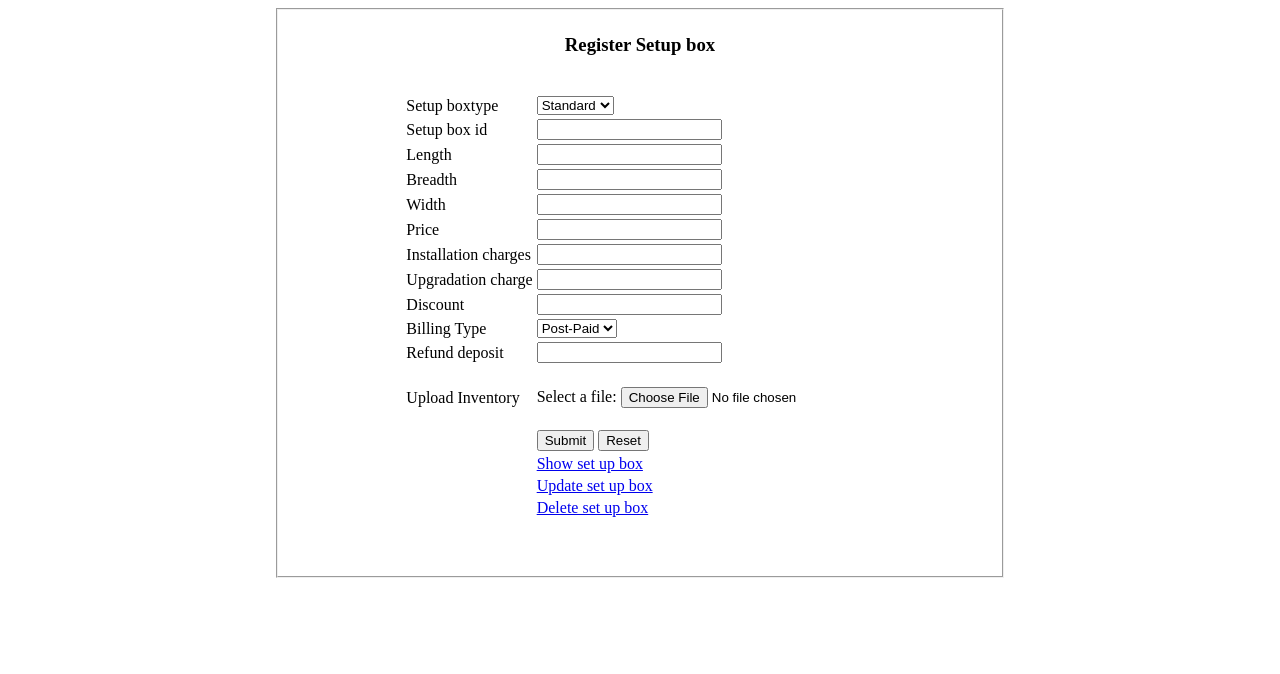
Repository: a18wheeler/TCS-Edison
Page: http://localhost/DTH1/
These files come from the project's save history. The page is drawn as it stood at one moment and after the next save; the edit follows.
The browser window is 1280 px wide. The pictures show the whole page.
The page is served by Tomcat 9.

Above is the page before, as saved 2019-10-16 15:04:06.

After the next save:
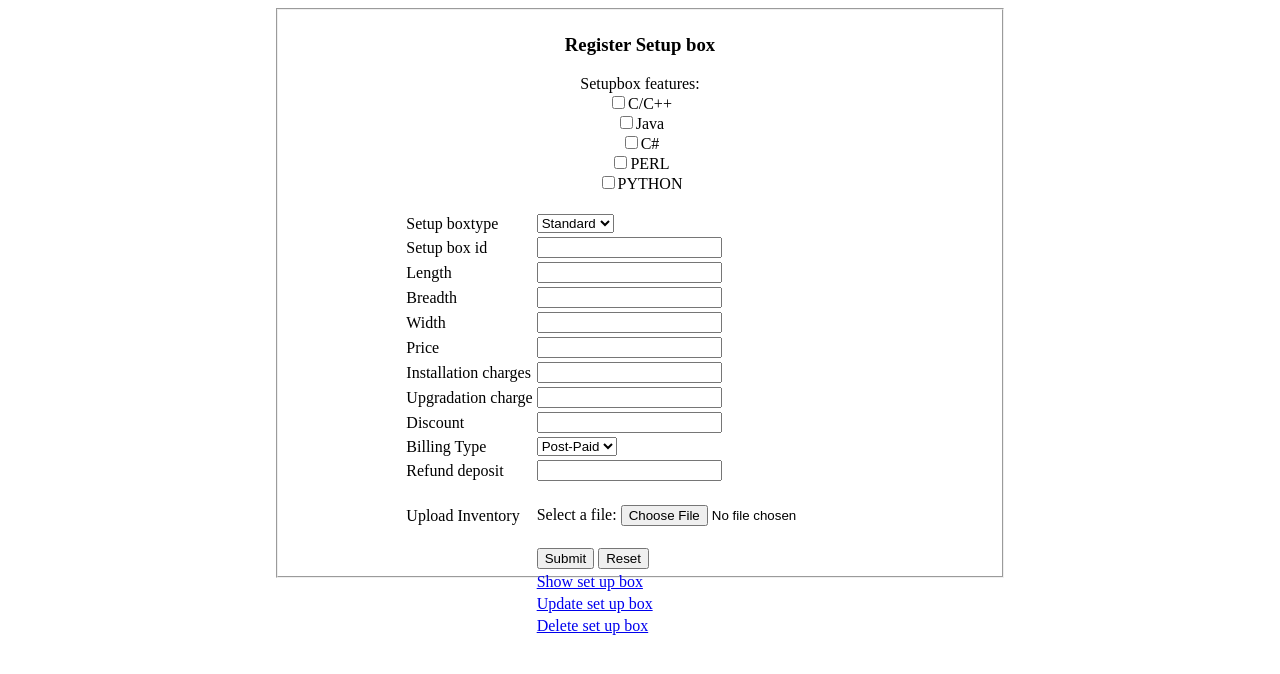
Saved 15 min 6 s later.
--- a/playground/DTH1/WebContent/index.jsp
+++ b/playground/DTH1/WebContent/index.jsp
@@ -17,7 +17,7 @@ function checker(){
     var ucharge =  document.forms["inpForm"]["ucharge"];
     var discount = document.forms["inpForm"]["discount"];
     var deposit = document.forms["inpForm"]["deposit"];
-
+    var patt = new RegExp(/[+-]?(?=.\d|\d)(?:\d+)?(?:.?\d*)(?:[eE][+-]?\d+)?/);
     if (id.value == "" || length.value == "" || breadth.value == "" || width.value == ""
 		|| price.value == "" || icharge.value == ""
 		|| ucharge.value == "" || discount.value == ""|| deposit.value == ""){
@@ -25,12 +25,15 @@ function checker(){
     return false;
 	}
 
-   /* if (isNaN(id) || isNaN(length) || isNaN(breadth) || isNaN(width) || isNaN(price) || isNaN(icharge)
-    		|| isNaN(ucharge) || isNaN(discount)|| isNaN(deposit)){
-    	window.alert("Please enter numeric value");
+
+
+    if ( !patt.test(id.value) || !patt.test(length.value) || !patt.test(breadth.value) || !patt.test(width.value) ||
+            !patt.test(price.value) || !patt.test(icharge.value) || !patt.test(iucharge.value)
+            || !patt.test(discount.value) || !patt.test(deposit.value))
+    {
+        window.alert("Check input type");
         return false;
-   }
-        */
+    }
 
 
 
@@ -64,6 +67,13 @@ Setup box id
 <input type ="text" name="id">
 </td>
 </tr>
+Setupbox features:<br>
+<input type="checkbox" name="lang" value="C/C++">C/C++<br>
+<input type="checkbox" name="lang" value="JAVA">Java<br>
+<input type="checkbox" name="lang" value="C#">C#<br>
+<input type="checkbox" name="lang" value="PERL">PERL<br>
+<input type="checkbox" name="lang" value="PYTHON">PYTHON<br>
+
 <tr>
 <td>
 Length
